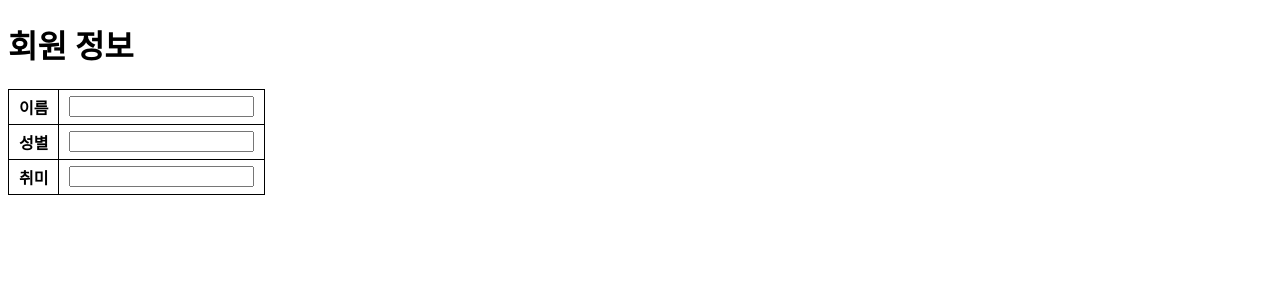
Repository: ZicoPark/Lost-Dev
Page: http://localhost/03_request/
These files come from the project's save history. The page is drawn as it stood at one moment and after the next save; the edit follows.
The browser window is 1280 px wide. The pictures show the whole page.
The page is served by Tomcat 9.

Above is the page before, as saved 2023-02-20 03:08:49.

After the next save:
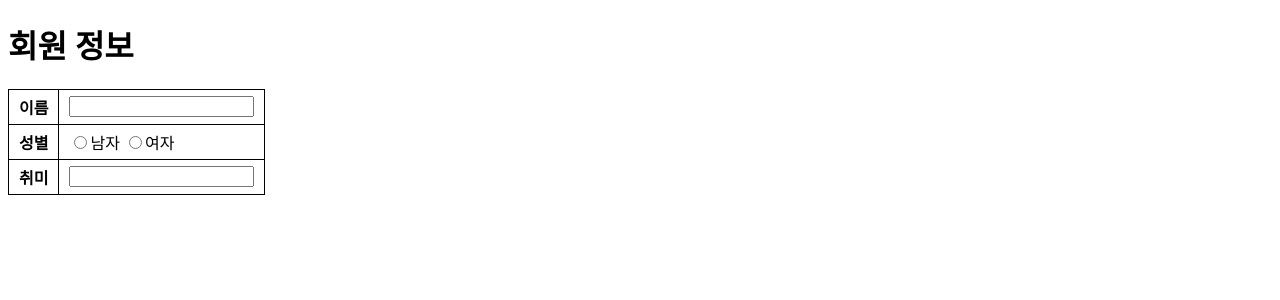
Saved 66 s later.
--- a/JSP/03_request/WebContent/index.jsp
+++ b/JSP/03_request/WebContent/index.jsp
@@ -26,7 +26,10 @@
 		</tr>
 		<tr>
 			<th>성별</th>
-			<td><input type = "text" name="userName"/></td>
+			<td>
+			<input type = "radio" name="gender" value="남자"/>남자
+			<input type = "radio" name="gender" value="여자"/>여자
+			</td>
 		</tr>
 		<tr>
 			<th>취미</th>
